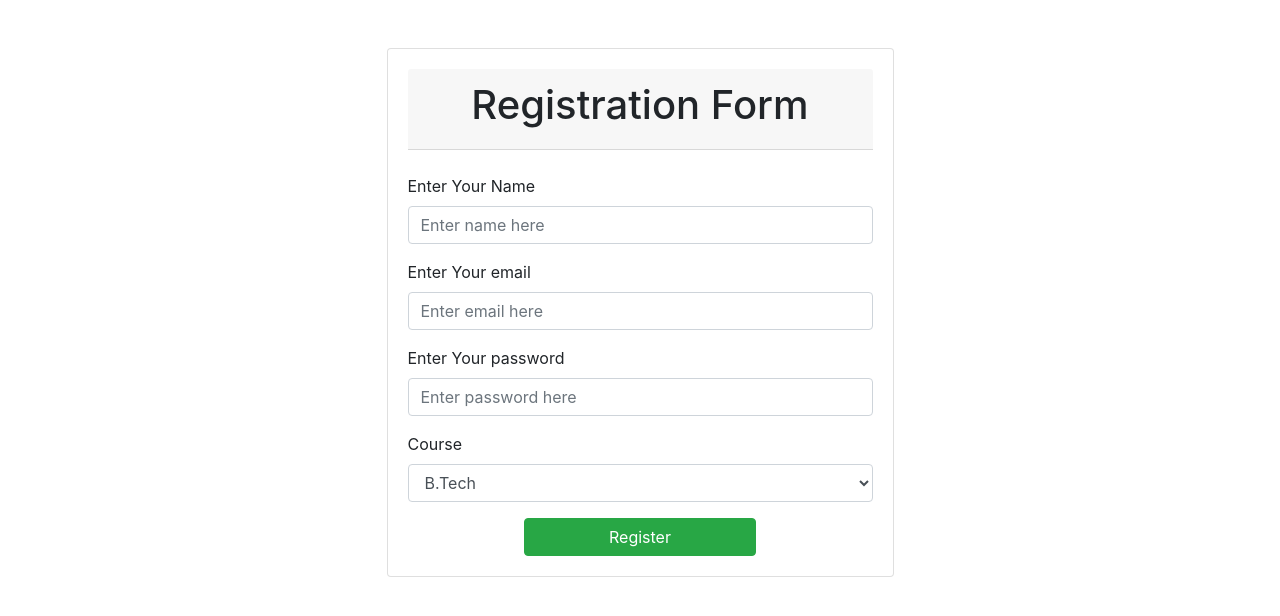
Repository: Hashim-Ansari-82/Servlet-And-JSP
Page: Submit-Form-App/src/main/webapp/index.html
These files come from the project's save history. The page is drawn as it stood at one moment and after the next save; the edit follows.
The browser window is 1280 px wide. The pictures show the whole page.
Some web libraries are served in a nearby version.

Above is the page before, as saved 2026-06-03 19:26:49.

### Submit-Form-App/src/main/webapp/index.html
<!DOCTYPE html>
<html>
<head>
<meta charset="UTF-8">
<title>Submit Form</title>
<link rel="stylesheet"
	href="https://cdn.jsdelivr.net/npm/bootstrap@4.0.0/dist/css/bootstrap.min.css"
	integrity="sha384-Gn5384xqQ1aoWXA+058RXPxPg6fy4IWvTNh0E263XmFcJlSAwiGgFAW/dAiS6JXm"
	crossorigin="anonymous">
</head>
<body>

	<div class="container p-5">
		<div class="row">
			<div class="col-md-6 offset-md-3">
				<div class="card">
					<div class="card-body">
						<div class="card-header">
							<h1 class="text-center">Registration Form</h1>
							</div><br>
							<form action="register" method="post">
								<div class="form-group">
									<label>Enter Your Name</label> <input type="text"
										name="user_name" class="form-control" placeholder="Enter name here">
								</div>
								<div class="form-group">
									<label>Enter Your email</label> <input type="text" name="email"
										class="form-control" placeholder="Enter email here">
								</div>
								<div class="form-group">
									<label>Enter Your password</label> <input type="text"
										name="password" class="form-control" placeholder="Enter password here">
								</div>
								<div class="form-group">
									<label>Course</label> <select class="form-control">
										<option>B.Tech</option>
										<option>M.Tech</option>
										<option>BCA</option>
										<option>MCA</option>
										<option>BSC IT</option>
										<option>MSC IT</option>
									</select>
								</div>
								<div class="text-center">
									<button class="btn btn-success col-md-6">Register</button>
								</div>
							</form>
						</div>
				</div>
			</div>
		</div>
	</div>

	<script src="https://code.jquery.com/jquery-3.2.1.slim.min.js"
		integrity="sha384-KJ3o2DKtIkvYIK3UENzmM7KCkRr/rE9/Qpg6aAZGJwFDMVNA/GpGFF93hXpG5KkN"
		crossorigin="anonymous"></script>
	<script
		src="https://cdn.jsdelivr.net/npm/popper.js@1.12.9/dist/umd/popper.min.js"
		integrity="sha384-ApNbgh9B+Y1QKtv3Rn7W3mgPxhU9K/ScQsAP7hUibX39j7fakFPskvXusvfa0b4Q"
		crossorigin="anonymous"></script>
	<script
		src="https://cdn.jsdelivr.net/npm/bootstrap@4.0.0/dist/js/bootstrap.min.js"
		integrity="sha384-JZR6Spejh4U02d8jOt6vLEHfe/JQGiRRSQQxSfFWpi1MquVdAyjUar5+76PVCmYl"
		crossorigin="anonymous"></script>
</body>
</html>

After the next save:
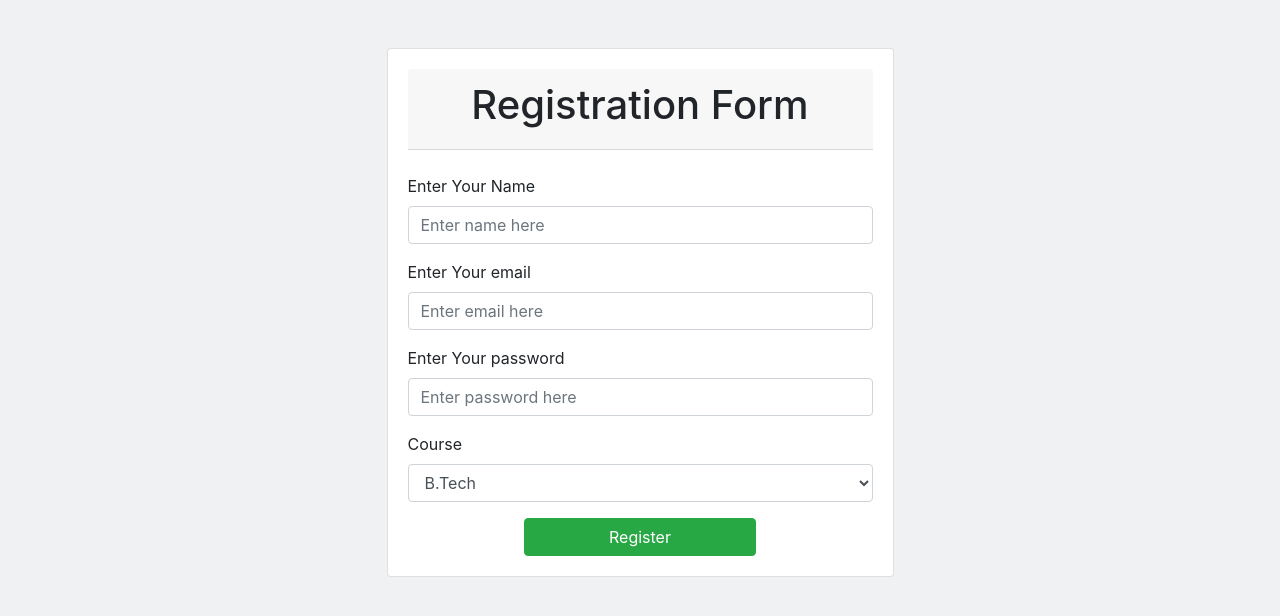
Saved 78 s later.
--- a/Submit-Form-App/src/main/webapp/index.html
+++ b/Submit-Form-App/src/main/webapp/index.html
@@ -8,7 +8,7 @@
 	integrity="sha384-Gn5384xqQ1aoWXA+058RXPxPg6fy4IWvTNh0E263XmFcJlSAwiGgFAW/dAiS6JXm"
 	crossorigin="anonymous">
 </head>
-<body>
+<body style="background-color: #f0f1f2">
 
 	<div class="container p-5">
 		<div class="row">
